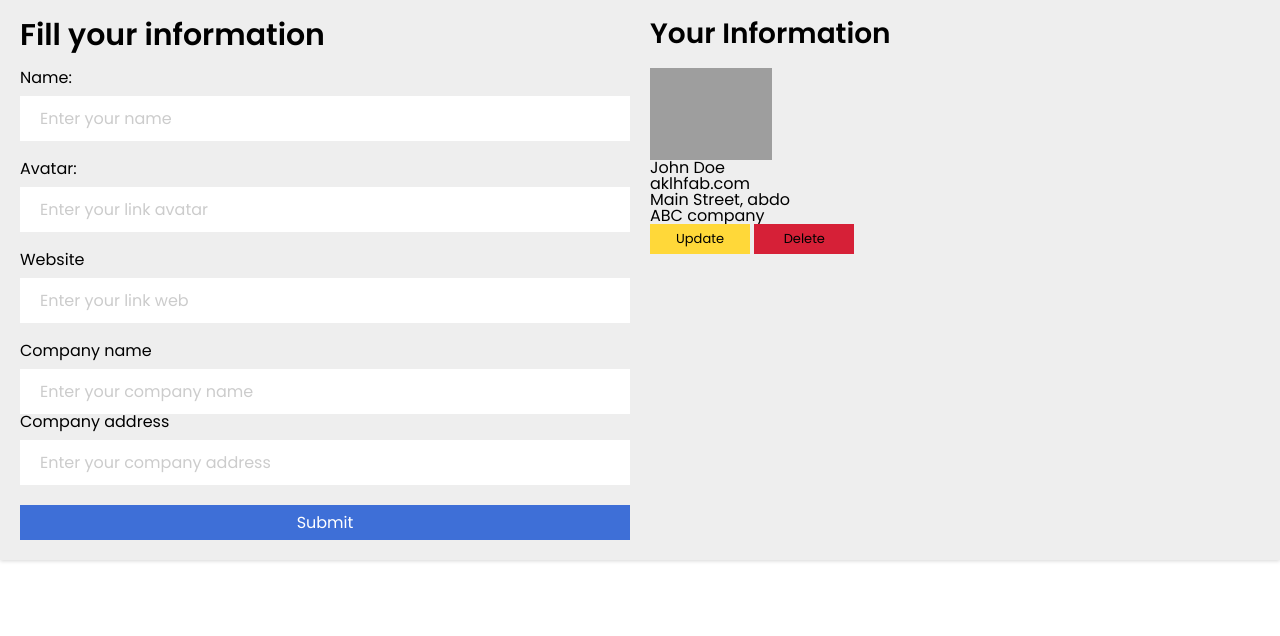
Repository: nttthao9/management
Page: index.html
An editor plug-in stored every save of this project. The page is shown before and after the next save, followed by the edit.
The browser window is 1280 px wide. The pictures show the whole page.
Pictures or frames that could not be fetched are drawn as grey boxes. Some web libraries are served in a nearby version.

Above is the page before, as saved 2021-10-13 10:53:34.

### index.html
<!DOCTYPE html>
<html lang="en">

<head>
  <meta charset="UTF-8">
  <meta http-equiv="X-UA-Compatible" content="IE=edge">
  <meta name="viewport" content="width=device-width, initial-scale=1.0">
  <title>Promise</title>
  <link rel="preconnect" href="https://fonts.googleapis.com">
  <link rel="preconnect" href="https://fonts.gstatic.com" crossorigin>
  <link href="https://fonts.googleapis.com/css2?family=Poppins:wght@300;400;500;600&display=swap" rel="stylesheet">
  <link rel="stylesheet" href="https://cdnjs.cloudflare.com/ajax/libs/font-awesome/5.1.0-11/css/all.css"
    integrity="sha512-xO/VZFNBvip9IT+BD6Nq/pHdBvKeFcwygKqARlegjQ+5A68KsMSYrPbGP1oYow5ec9Tqq8peJXcn5J1bD4O00w=="
    crossorigin="anonymous" referrerpolicy="no-referrer" />
  <link rel="stylesheet" href="./.vscode/style.css">
</head>

<body>
  <div class="container">
    <div class="fill-infor">
      <form action="" id="form" autocomplete="off">
        <h2 class="form-title">Fill your information</h2>
        <div class="fill fill-name">
          <label for="name">Name:</label>
          <input type="text" id="name" name="name" autocomplete="off" placeholder="Enter your name">
        </div>
        <div class="fill fill-avatar">
          <label for="avatar">Avatar:</label>
          <input type="text" id="avatar" name="avatar" placeholder="Enter your link avatar">
        </div>
        <div class="fill fill-link">
          <label for="link-web">Website</label>
          <input type="link-web" id="link-web" name="link-web" placeholder="Enter your link web">
        </div>
        <div class="fill fill-company">
          <label for="company">Company name</label>
          <input type="text" id="company-name" name="company-name" placeholder="Enter your company name">
          <label for="company">Company address</label>
          <input type="text" id="company-address" name="company-address" placeholder="Enter your company address">
        </div>
        <button type="submit" class=" btn btn-submit">Submit</button>

      </form>
      <div class="manage">
        <h3 class="filled">Your Information</h3>
        <div class="manage-infor">
          <div class="your-image">
            <img src="http://lorempixel.com/640/480/abstract/" alt="">
          </div>
          <div class="your-name">
            <span class="name">John Doe</span>
          </div>
          <div class="your-link">
            <span class="name">aklhfab.com</span>
          </div>
          <div class="your-address">
            <span class="name">Main Street, abdo</span>
          </div>
          <div class="your-company">
            <span class="name">ABC company</span>
          </div>
          <button type="submit" class="btn btn-update">Update</button>
          <button type="submit" class=" btn btn-delete">Delete</button>
        </div>
      </div>
    </div>
  </div>
  <script src="./main.js"></script>
</body>

</html>

### .vscode/style.css
html {
  box-sizing: border-box;
  font-size: 62.5%;
}
* {
  margin: 0;
  padding: 0;
}
*,
*:before,
*:after {
  box-sizing: border-box;
}
input,
textarea,
select,
button {
  outline: none;
}
input {
  line-height: normal;
}
label,
button {
  cursor: pointer;
}
a {
  text-decoration: none;
}
img {
  display: block;
  max-width: 100%;
}
body {
  font-family: 'Poppins', sans-serif;
  line-height: 1;
  font-size: 1.6rem;
}
.container {
  padding: 2rem;
  background-color: #eee;
  box-shadow: rgba(0, 0, 0, 0.16) 0px 1px 4px;
}
.btn {
  padding: 5px 1rem;
  border: 0;
  font-size: 1.3rem;
  font-family: 'Poppins', sans-serif;
  cursor: pointer;
  transition: all 0.25s linear;
  width: 10rem;
}
.btn:hover {
  color: #333;
}
.fill-infor {
  display: flex;
  justify-content: space-between;
}
.image {
  width: 50%;
}
img {
  width: 100%;
}
#form {
  width: 50%;
}
.form-title {
  font-size: 3rem;
  margin-bottom: 2rem;
}
.fill {
  margin-bottom: 2rem;
}
.fill-btn {
  display: flex;
  justify-content: space-between;
}
label,
input {
  display: block;
}
label {
  margin-bottom: 1rem;
}
input {
  width: 100%;
  padding: 1rem 2rem;
  border: 0;
  font-size: 1.6rem;
  font-family: 'Poppins', sans-serif;
  color: #333;
}
input::-webkit-input-placeholder {
  color: #ccc;
}
input::-moz-placeholder {
  color: #ccc;
}
input:-ms-input-placeholder {
  color: #ccc;
}
input::-ms-input-placeholder {
  color: #ccc;
}
input::placeholder {
  color: #ccc;
}
.btn-submit {
  width: 100%;
  font-size: 1.6rem;
  background-color: #3e6fd7;
  color: white;
}
.btn-cancel {
  font-size: 1.6rem;
  background-color: #ee4d2d;
  width: 100%;
  color: white;
}
.manage {
  width: 50%;
  margin-left: 2rem;
}
.infor-item {
  display: flex;
  /* justify-content: space-between; */
  align-items: center;
}
.infor-desc {
  margin: 0 2rem;
}
.infor-desc span {
  display: block;
  margin: 1rem 0;
}
.button {
  margin-left: auto;
}
.filled {
  font-size: 2.8rem;
  margin-bottom: 2rem;
}
.your-image {
  width: 20%;
  /* height: 5rem; */
}

.btn-update {
  background-color: #ffd839;
  margin-bottom: 1rem;
}
.btn-delete {
  background-color: #d62037;
}

Loaded but not shown: main.js (no stored copy; drawn as an empty file)

After the next save:
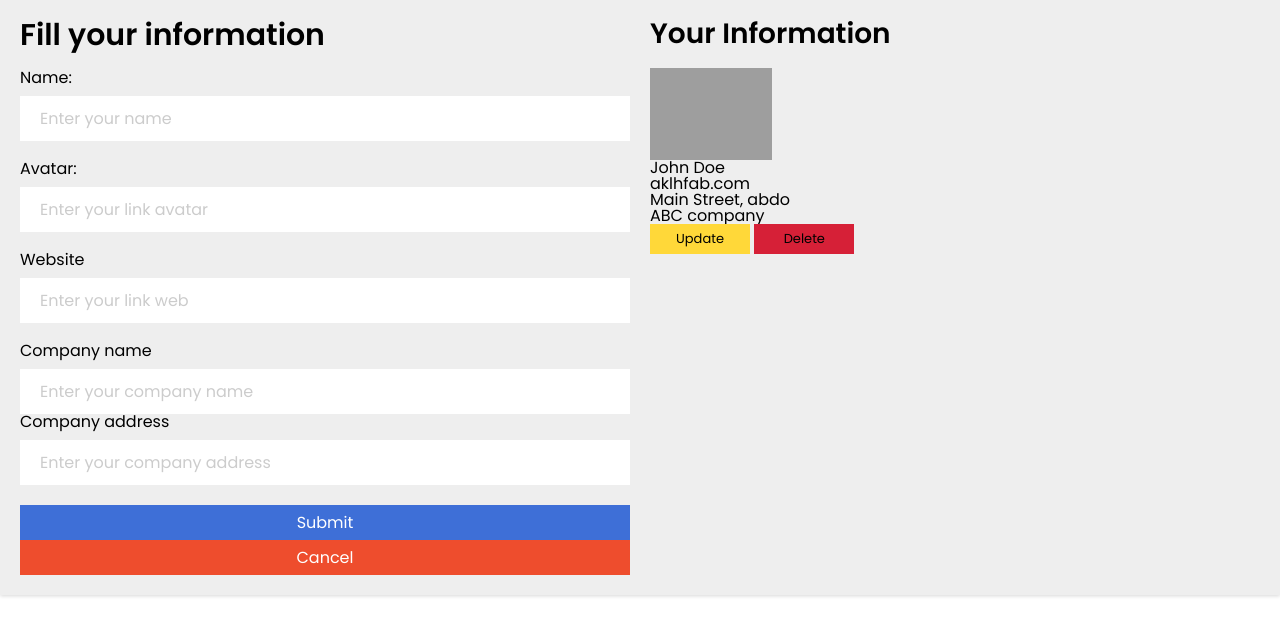
Saved 5 min 25 s later.
--- a/index.html
+++ b/index.html
@@ -39,6 +39,7 @@
           <input type="text" id="company-address" name="company-address" placeholder="Enter your company address">
         </div>
         <button type="submit" class=" btn btn-submit">Submit</button>
+        <button type="submit" class="btn btn-cancel">Cancel</button>
 
       </form>
       <div class="manage">
